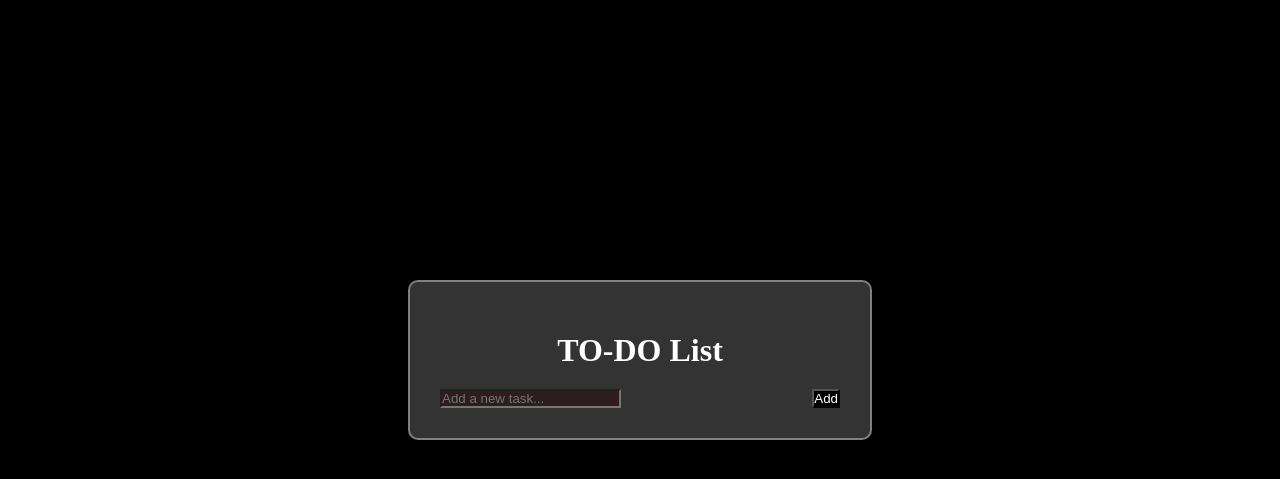
Repository: ksusmitha879-cyber/todo-list
Page: index.html
The author's editor kept a copy of each file at every save. The page is drawn from the files as they stood at one save, then again after a run of saves.
The browser window is 1280 px wide. The pictures show the whole page.

Above is the page before, as saved 2025-11-28 02:29:27.

After the next 2 saves:
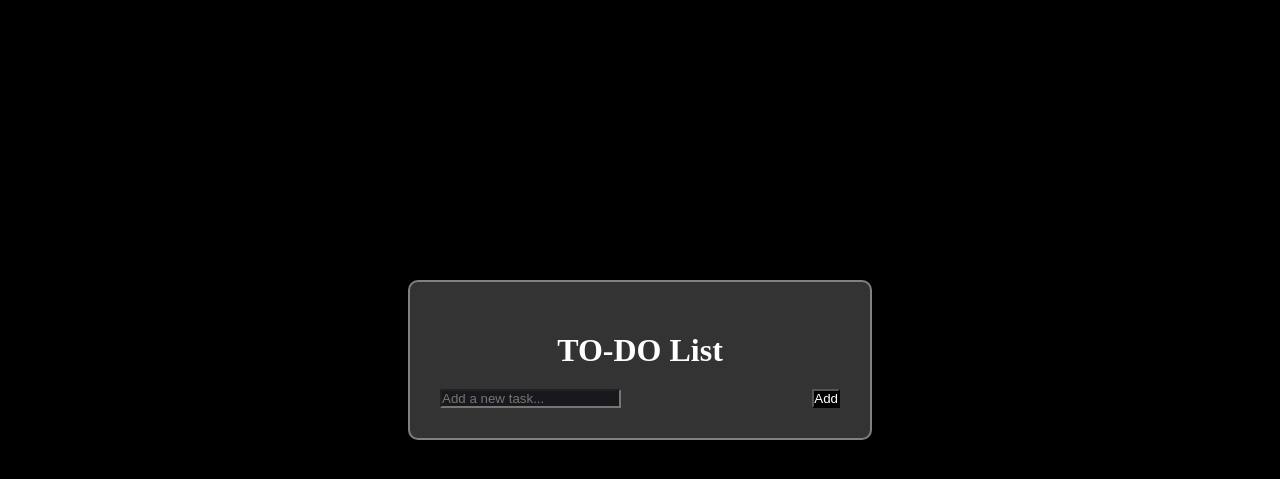
The 2 saves are shown as one change because they came seconds apart.
The last was saved 7 s later.
--- a/style.css
+++ b/style.css
@@ -32,5 +32,5 @@
     justify-content: space-between;
 }
 input{
-    background-color: rgb(45, 29, 29);
+    background-color: rgb(25, 25, 29);
 }
